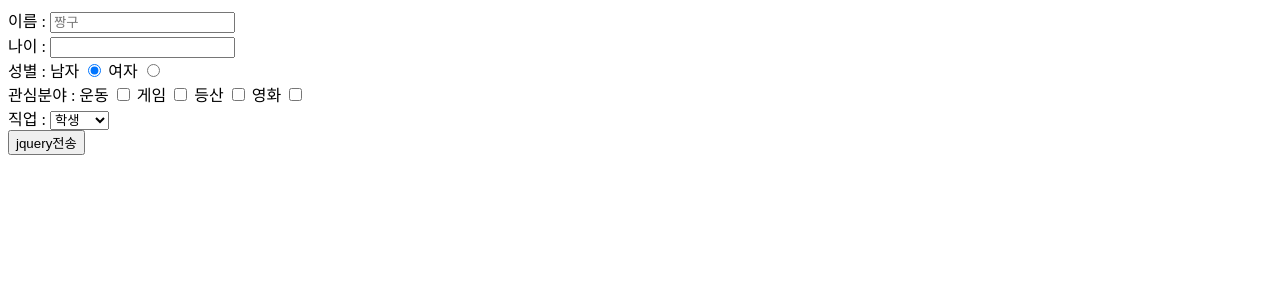
Repository: LEENYAMNYAM/JSP
Page: http://localhost/JSP_Project/exam/forminput_jquery.jsp
These files come from the project's save history. The page is drawn as it stood at one moment and after the next save; the edit follows.
The browser window is 1280 px wide. The pictures show the whole page.
The page is served by Tomcat 9. Other server files are loaded and not shown.

Above is the page before, as saved 2025-02-27 06:27:53.

### JSP_Project/src/main/webapp/exam/forminput_jquery.jsp
<%@ page language="java" contentType="text/html; charset=UTF-8"
    pageEncoding="UTF-8"%>
<!DOCTYPE html>
<html>
<head>
<meta charset="UTF-8">
<title>FORM EXAM</title>
<script src="https://code.jquery.com/jquery-3.7.1.min.js"
integrity="sha256-/JqT3SQfawRcv/BIHPThkBvs0OEvtFFmqPF/lYI/Cxo="
crossorigin="anonymous"></script>

<script>
$(function(){
	$("#btn").click(function(){
		//이름, 나이 체크
		if($("name").val()==""){
			alert("이름입력!!")
			return;
		}
		if($("age").val()==""){
			alert("나이입력!!")
			return;
		}
		$("#frm").submit()

	});
});

</script>

</head>
<body>

<form action="formResult.jsp" method="get" id="frm">
이름 : <input type="text" id="name" name="name" placeholder="짱구"></br>
나이 : <input type="number" id="age" name="age"></br>
성별 : <label for="m">남자</label>
	  <input type="radio" name="gender" id="m" value="남자" checked>
	  <label for="w">여자</label>
	  <input type="radio" name="gender" id="w" value="여자" ></br>
관심분야 : <label for="h1">운동</label>
		 <input type="checkbox" name="hobby" id="h1" value="운동">
		 <label for="h2">게임</label>
		 <input type="checkbox" name="hobby" id="h2" value="게임">
		 <label for="h3">등산</label>
		 <input type="checkbox" name="hobby" id="h3" value="등산">
		 <label for="h4">영화</label>
		 <input type="checkbox" name="hobby" id="h4" value="영화"></br>
직업 : <select name="job" id="job">
	  	<option>학생</option>    <!-- value 지정안하면 입력한 값이 전달됨. -->
	  	<option value="공무원">공무원</option>
	  	<option value="회사원">회사원</option>
	  	<option value="기타">기타</option>
	  </select> </br>

<input type="button" value="jquery전송"/>



</form>

</body>
</html>

After the next save:
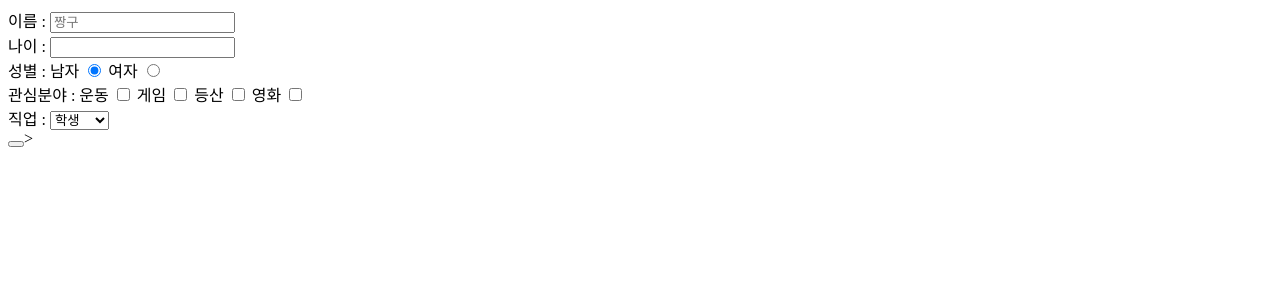
Saved 68 s later.
--- a/JSP_Project/src/main/webapp/exam/forminput_jquery.jsp
+++ b/JSP_Project/src/main/webapp/exam/forminput_jquery.jsp
@@ -53,7 +53,7 @@ $(function(){
 	  	<option value="기타">기타</option>
 	  </select> </br>
 
-<input type="button" value="jquery전송"/>
+<button type="button" value="jquery전송"></button>>
 
 
 
